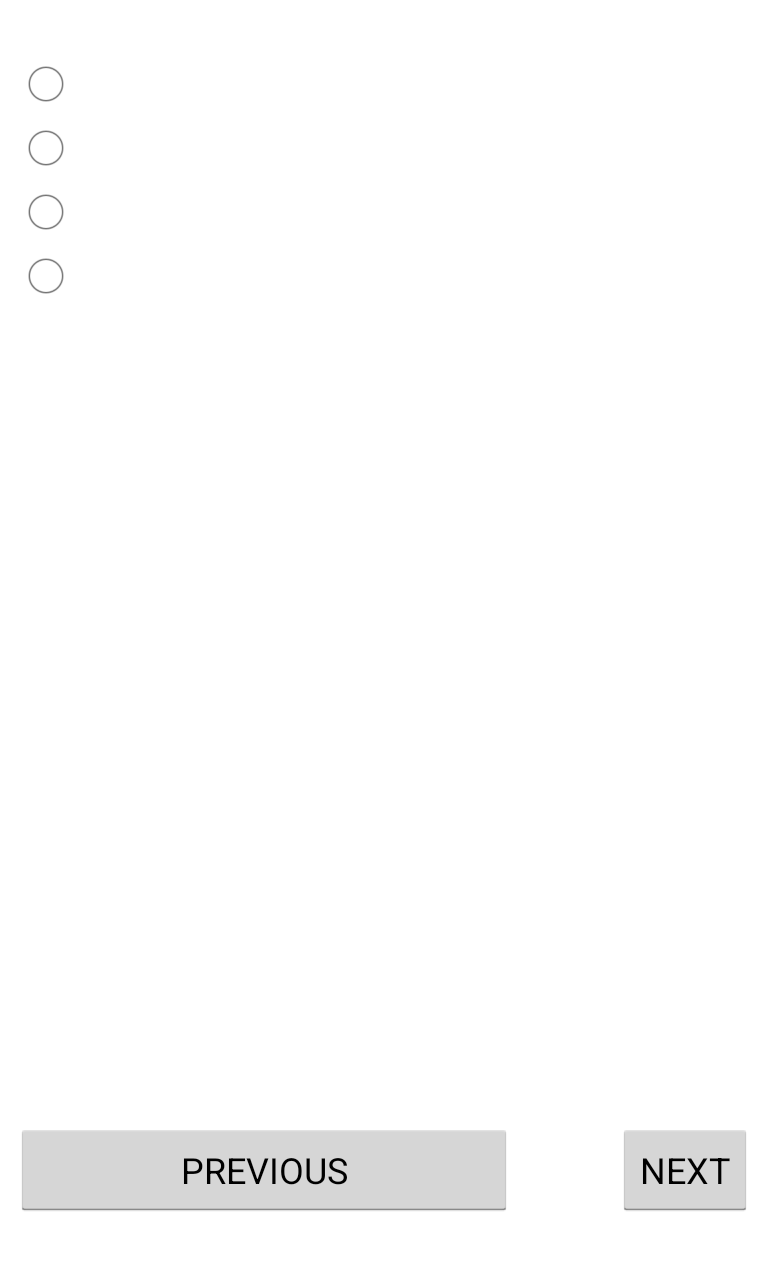
Repository: Harshil737/Career-Launcher
Layout: CareerLauncher/res/layout/fragment_test_page.xml
The author's editor kept a copy of each file at every save. The layout is drawn from the files as they stood at one save, then again after the next save.
It is drawn on a 768 x 1280 px phone screen (xhdpi) without system bars, with theme AppTheme; the app's code is not run.

Above is the layout before, as saved 2017-11-03 15:33:44.

After the next save:
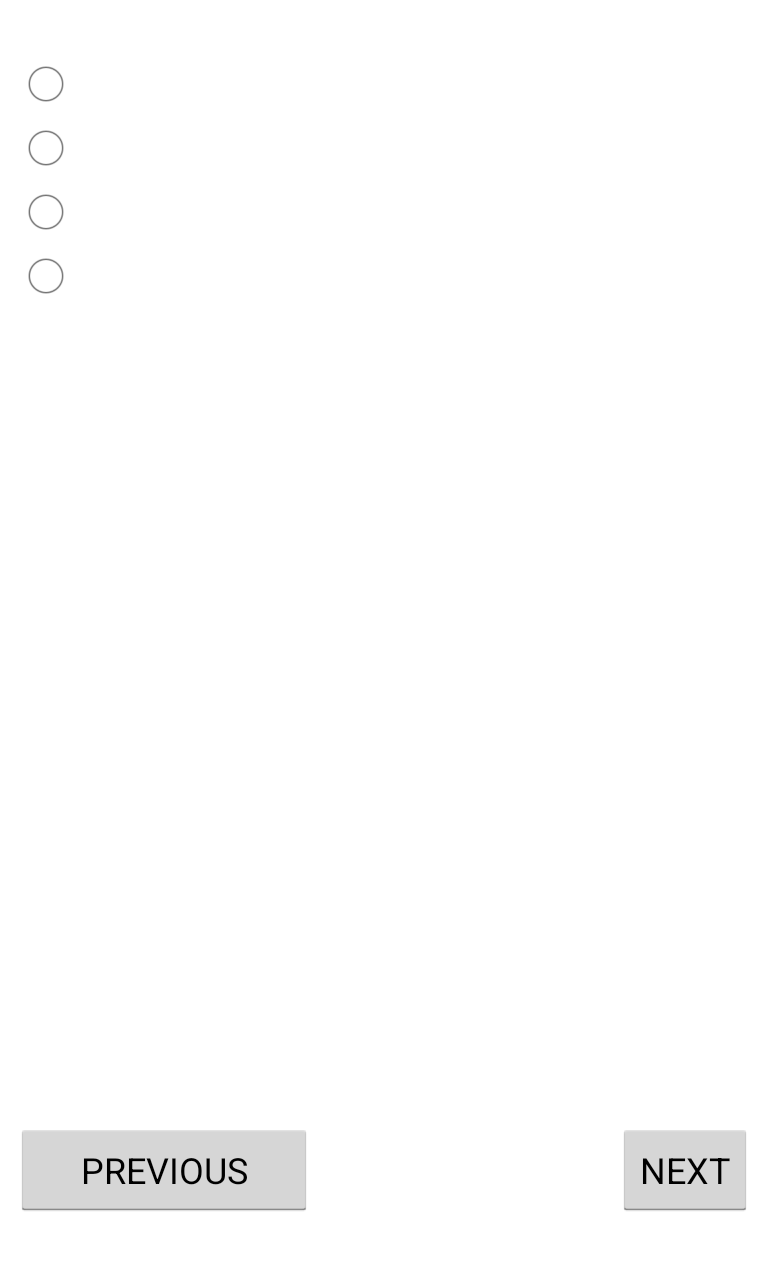
Saved 6 s later.
--- a/CareerLauncher/res/layout/fragment_test_page.xml
+++ b/CareerLauncher/res/layout/fragment_test_page.xml
@@ -42,7 +42,7 @@
 
     <Button
         android:id="@+id/test_page_btn_next"
-        android:layout_width="250dp"
+        android:layout_width="150dp"
         android:layout_height="wrap_content"
         android:layout_alignParentBottom="true"
         android:layout_alignParentLeft="true"
